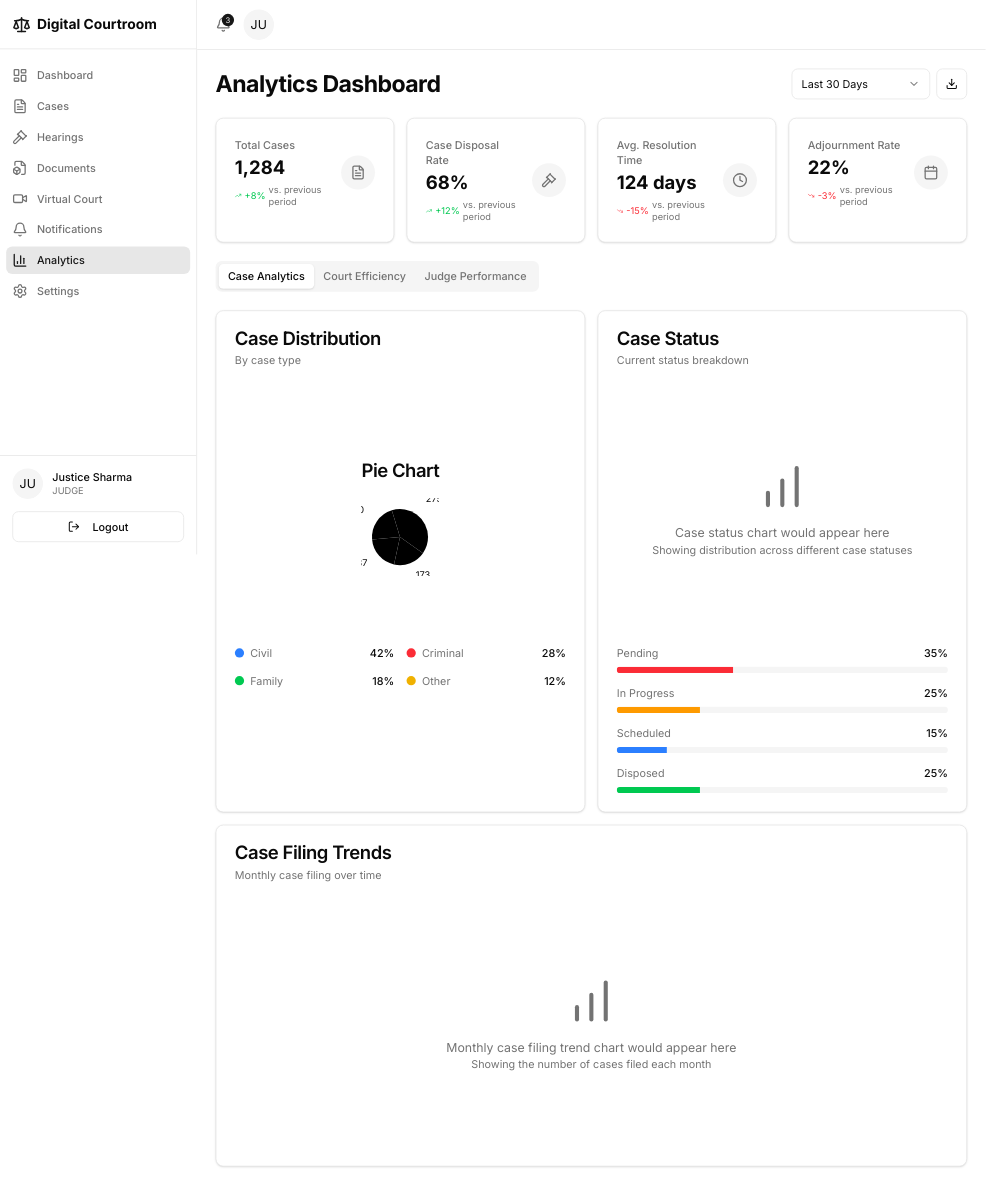
Repository: n0tank3sh/digicourt
Page: /analytics (app in frontend/)
An editor plug-in stored every save of this project. The page is shown before and after a run of saves, followed by the edit.
The browser window is 1280 px wide. The pictures show the whole page, at 77% of full size.
The project was rebuilt for these pictures with package versions that can differ from the ones it lists, and the page was loaded fresh each time. The framework's server and built-in components were replaced by stand-ins that run in the browser. Also part of the build but not shown: frontend/next.config.ts.

Above is the page before, as saved 2025-03-26 21:43:23.

After the next 2 saves:
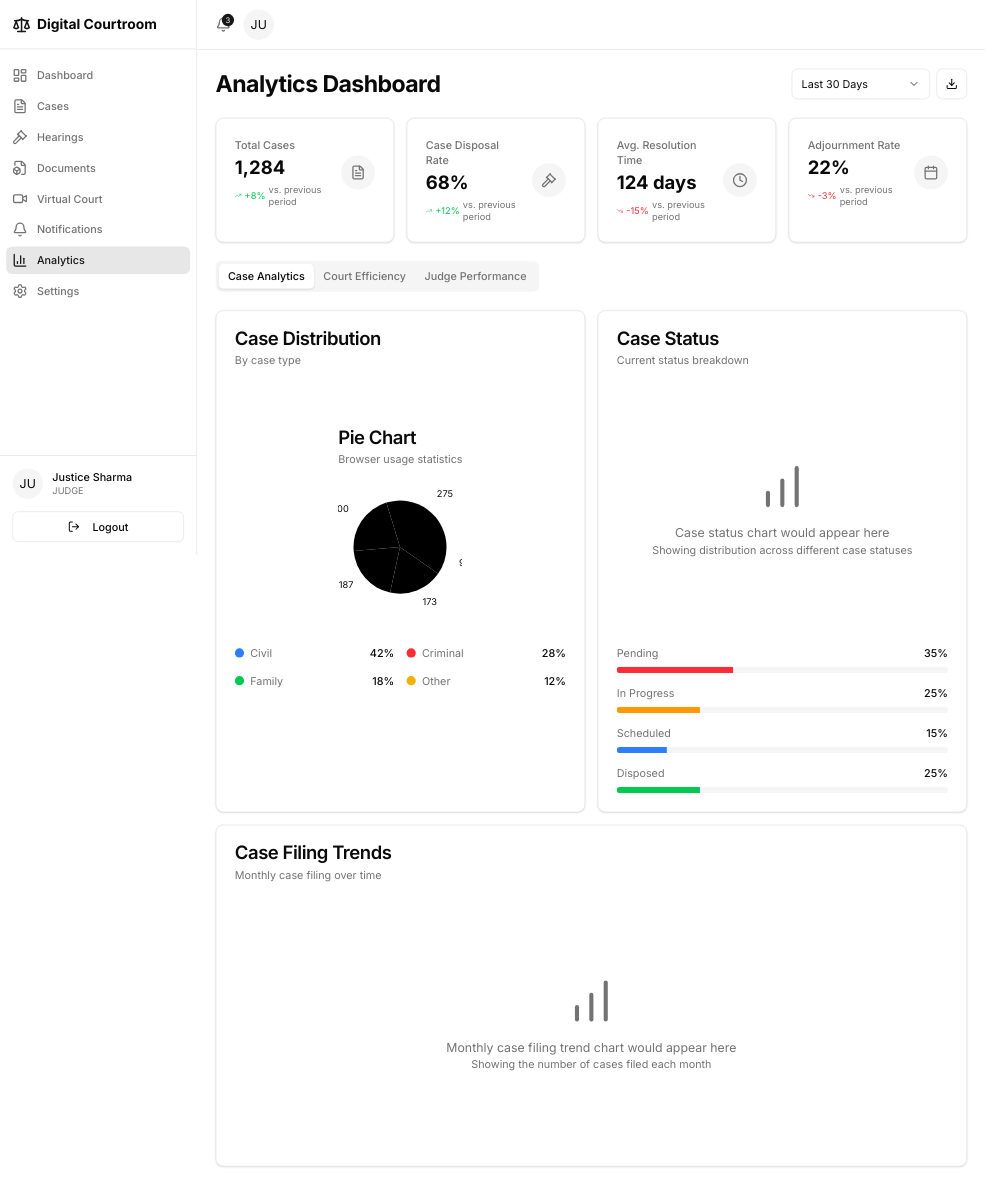
The 2 saves are shown as one change because they came seconds apart.
The last was saved 11 s later.
--- a/frontend/src/components/ui/piechart.tsx
+++ b/frontend/src/components/ui/piechart.tsx
@@ -52,6 +52,7 @@ export function PieChartComponent() {
         <Card className="flex flex-col shadow-none border-none ">
             <CardHeader>
                <CardTitle>Pie Chart</CardTitle>
+                <CardDescription>Browser usage statistics</CardDescription>
 
             </CardHeader>
             <CardContent className="flex-1 pb-0">
